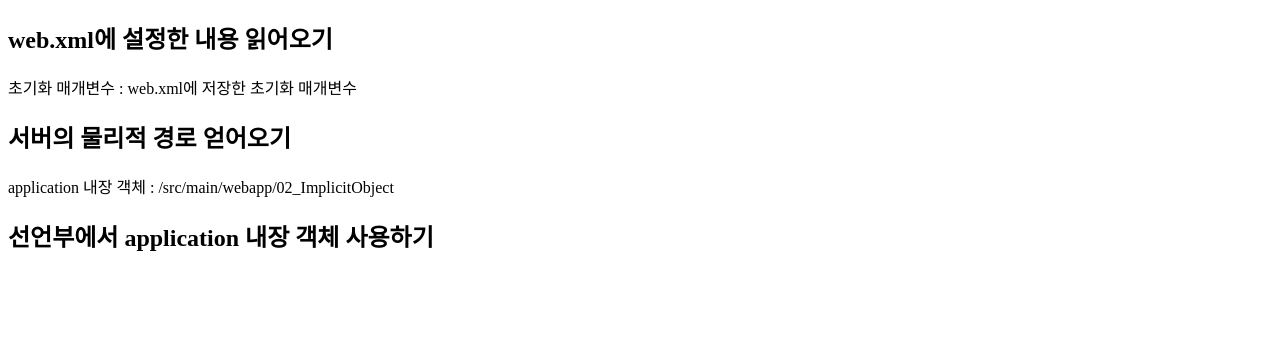
Repository: jungwoonAn/jsp_basic
Page: http://localhost/MustHaveJSP/02_ImplicitObject/ApplicationMain.jsp
The author's editor kept a copy of each file at every save. The page is drawn from the files as they stood at one save, then again after the next save.
The browser window is 1280 px wide. The pictures show the whole page.
The page is served by Tomcat 10.

Above is the page before, as saved 2024-10-17 03:57:51.

After the next save:
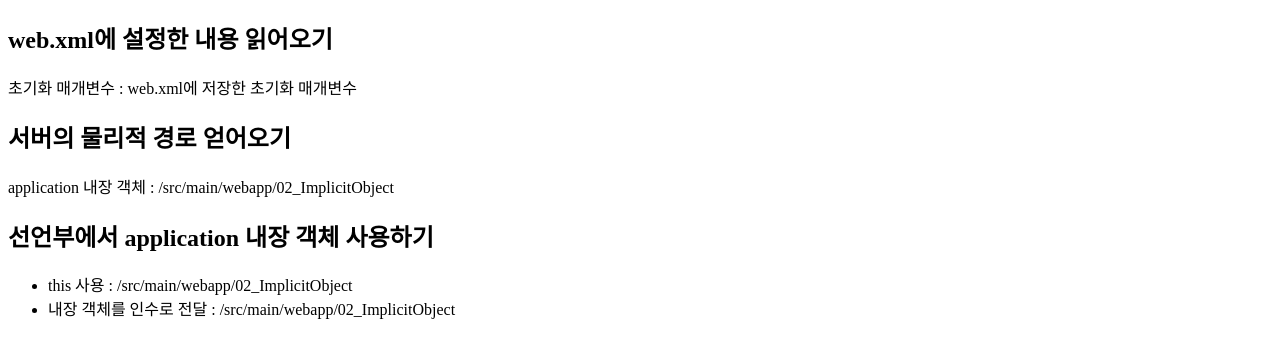
Saved 58 s later.
--- a/MustHaveJSP/src/main/webapp/02_ImplicitObject/ApplicationMain.jsp
+++ b/MustHaveJSP/src/main/webapp/02_ImplicitObject/ApplicationMain.jsp
@@ -23,5 +23,9 @@
 		return app.getRealPath("/02_ImplicitObject");
 	}
 	%>
+	<ul>
+		<li>this 사용 : <%= useImplicitObject() %></li>
+		<li>내장 객체를 인수로 전달 : <%= useImplicitObject(application) %></li>
+	</ul>
 </body>
 </html>
